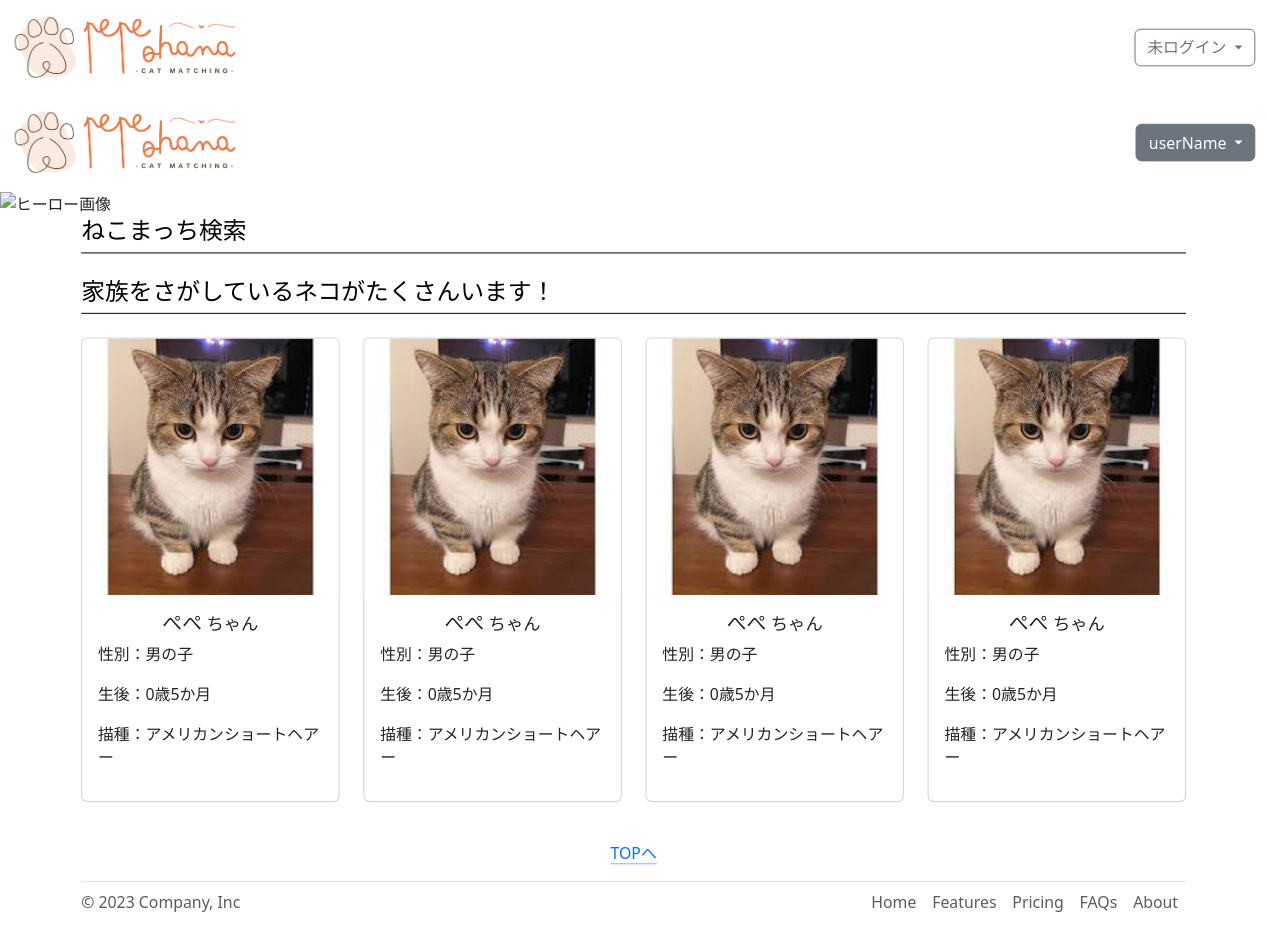
Repository: sakuwell/pepe
Page: http://localhost/PepeOhana/top.jsp
An editor plug-in stored every save of this project. The page is shown before and after the next save, followed by the edit.
The browser window is 1280 px wide. The pictures show the whole page, at 99% of full size.
The page is served by Tomcat 9. Other server files are loaded and not shown.

Above is the page before, as saved 2023-09-05 02:44:25.

### ExWorkSpace/PepeOhana/src/main/webapp/top.jsp
<%@ page language="java" contentType="text/html; charset=UTF-8"
    pageEncoding="UTF-8"%>
<!DOCTYPE html>
<html lang="ja">
<head>
    <meta charset="UTF-8">
    <meta name="viewport" content="width=device-width, initial-scale=1.0">
    <!-- Bootstrap CSS -->
    <link href="https://cdn.jsdelivr.net/npm/bootstrap@5.3.0/dist/css/bootstrap.min.css" rel="stylesheet" integrity="sha384-9ndCyUaIbzAi2FUVXJi0CjmCapSmO7SnpJef0486qhLnuZ2cdeRhO02iuK6FUUVM" crossorigin="anonymous">
    <script src="https://cdn.jsdelivr.net/npm/bootstrap@5.3.0/dist/js/bootstrap.bundle.min.js" integrity="sha384-geWF76RCwLtnZ8qwWowPQNguL3RmwHVBC9FhGdlKrxdiJJigb/j/68SIy3Te4Bkz" crossorigin="anonymous"></script>
    <title>Top | nekomatch</title>
</head>
<body>
     <nav class="navbar navbar-expand-lg navbar-light bg-white">
        <div class="container-fluid">
          <a class="navbar-brand" href="#">
            <img src="images/pepe_ohana_logo.png" alt="ページロゴ" width="auto" height="70">
          </a>
          <div class="dropdown">
            <button class="btn btn btn-outline-secondary dropdown-toggle" type="button" id="dropdownMenuButton1" data-bs-toggle="dropdown" aria-expanded="false">
              未ログイン
            </button>
            <ul class="dropdown-menu" aria-labelledby="dropdownMenuButton1">
              <li><a class="dropdown-item" href="#">ログイン</a></li>
              <li><a class="dropdown-item" href="#">新規ユーザー登録</a></li>
            </ul>
          </div>
        </div>
    </nav>
    <!-- 未ログインヘッダーここまで -->
     <!-- ログイン済ヘッダー -->
    <nav class="navbar navbar-expand-lg navbar-light bg-white">
        <div class="container-fluid">
          <a class="navbar-brand" href="#">
            <img src="images/pepe_ohana_logo.png" alt="ページロゴ" width="auto" height="70">
          </a>
          <div class="dropdown">
            <button class="btn btn-secondary dropdown-toggle" type="button" id="dropdownMenuButton1" data-bs-toggle="dropdown" aria-expanded="false">
              userName
            </button>
            <ul class="dropdown-menu" aria-labelledby="dropdownMenuButton1">
              <li><a class="dropdown-item" href="#">マイページ</a></li>
              <li><a class="dropdown-item" href="#">ログアウト</a></li>
            </ul>
          </div>
        </div>
    </nav>
    <!-- ログイン済ヘッダーここまで -->

    <!-- ヒーロー画像 -->
    <img src="#" class="img-fluid" alt="ヒーロー画像">

    <!-- ここから下　ページごとの内容 -->
    <div>
        <!-- 検索フォームゾーン -->
        <div class="container">
            <div class="h4 pb-2 mb-4 text-black border-bottom border-black">
                ねこまっち検索
            </div>
            <div class="h4 pb-2 mb-4 text-black border-bottom border-black">
                家族をさがしているネコがたくさんいます！
            </div>
            <!-- 猫カード -->
            <div class="row">
 				<!-- カードのコンテンツ -->
                <div class="col-6 col-md-4 col-lg-3">
                    <div class="card mb-3">
                        <img src="images/ねこ_1.jpg" class="card-img-top" alt="猫画像" style="width:100%">
                        <div class="card-body">
                            <h5 class="card-title text-center">ぺぺ<small> ちゃん</small></h5>
                            <p class="card-text text-right">性別：男の子</p>
                            <p class="card-text text-right">生後：0歳5か月</p>
                            <p class="card-text text-right">描種：アメリカンショートヘアー</p>
                            <div class="d-flex justify-content-center">
                                <a href="#" class="stretched-link"></a>
                            </div>
                        </div>
                    </div>
                </div>
 				<!-- カードのコンテンツ -->
                <div class="col-6 col-md-4 col-lg-3">
                    <div class="card mb-3">
                        <img src="images/ねこ_1.jpg" class="card-img-top" alt="猫画像" style="width:100%">
                        <div class="card-body">
                            <h5 class="card-title text-center">ぺぺ<small> ちゃん</small></h5>
                            <p class="card-text text-right">性別：男の子</p>
                            <p class="card-text text-right">生後：0歳5か月</p>
                            <p class="card-text text-right">描種：アメリカンショートヘアー</p>
                            <div class="d-flex justify-content-center">
                                <a href="#" class="stretched-link"></a>
                            </div>
                        </div>
                    </div>
                </div>
				<!-- カードのコンテンツ -->
                <div class="col-6 col-md-4 col-lg-3">
                    <div class="card mb-3">
                        <img src="images/ねこ_1.jpg" class="card-img-top" alt="猫画像" style="width:100%">
                        <div class="card-body">
                            <h5 class="card-title text-center">ぺぺ<small> ちゃん</small></h5>
                            <p class="card-text text-right">性別：男の子</p>
                            <p class="card-text text-right">生後：0歳5か月</p>
                            <p class="card-text text-right">描種：アメリカンショートヘアー</p>
                            <div class="d-flex justify-content-center">
                                <a href="#" class="stretched-link"></a>
                            </div>
                        </div>
                    </div>
                </div>
                <!-- カードのコンテンツ -->
                <div class="col-6 col-md-4 col-lg-3">
                    <div class="card mb-3">
                        <img src="images/ねこ_1.jpg" class="card-img-top" alt="猫画像" style="width:100%">
                        <div class="card-body">
                            <h5 class="card-title text-center">ぺぺ<small> ちゃん</small></h5>
                            <p class="card-text text-right">性別：男の子</p>
                            <p class="card-text text-right">生後：0歳5か月</p>
                            <p class="card-text text-right">描種：アメリカンショートヘアー</p>
                            <div class="d-flex justify-content-center">
                                <a href="#" class="stretched-link"></a>
                            </div>
                        </div>
                    </div>
                </div>
            </div>
        </div>
    </div>
    <!-- ここまで　ページごとの内容 -->

    <!-- フッター -->
    <div class="text-center mt-4">
        <a class="icon-link icon-link-hover" href="#">
            TOPへ
        </a>
    </div>
    <div class="container">
        <footer class="mt-3 d-flex flex-wrap justify-content-between align-items-center my-4 border-top">
          <p class="col-md-4 mb-0 text-body-secondary">© 2023 Company, Inc</p>
          <a href="#" class="col-md-4 d-flex align-items-center justify-content-center mb-3 mb-md-0 me-md-auto link-body-emphasis text-decoration-none">
            <svg class="bi me-2" width="40" height="32"><use xlink:href="#bootstrap"></use></svg>
          </a>

          <ul class="nav col-md-4 justify-content-end">
            <li class="nav-item"><a href="#" class="nav-link px-2 text-body-secondary">Home</a></li>
            <li class="nav-item"><a href="#" class="nav-link px-2 text-body-secondary">Features</a></li>
            <li class="nav-item"><a href="#" class="nav-link px-2 text-body-secondary">Pricing</a></li>
            <li class="nav-item"><a href="#" class="nav-link px-2 text-body-secondary">FAQs</a></li>
            <li class="nav-item"><a href="#" class="nav-link px-2 text-body-secondary">About</a></li>
          </ul>
        </footer>
    </div>
    <!-- フッター　ここまで -->

</body>
</html>

After the next save:
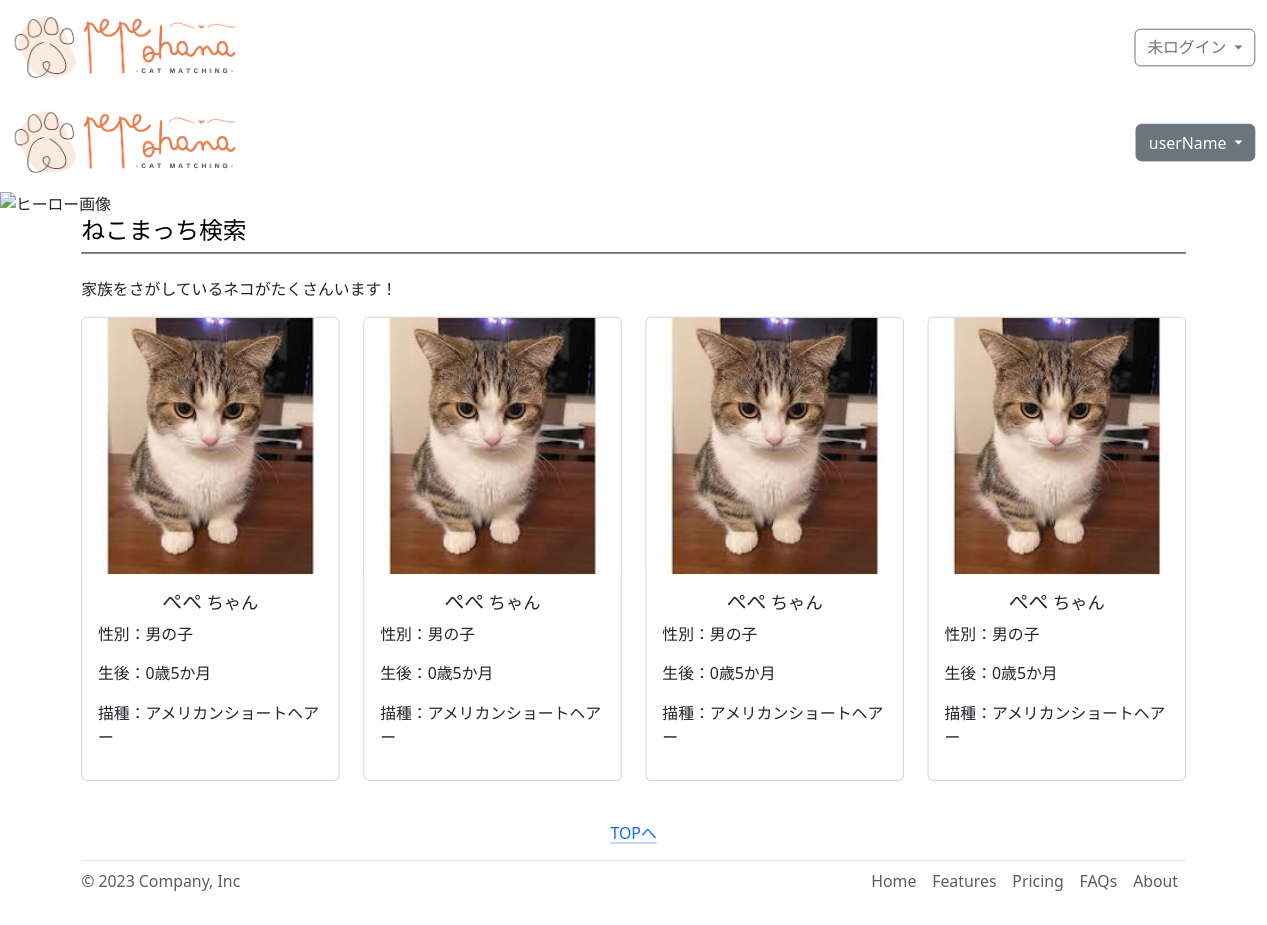
Saved 79 s later.
--- a/ExWorkSpace/PepeOhana/src/main/webapp/top.jsp
+++ b/ExWorkSpace/PepeOhana/src/main/webapp/top.jsp
@@ -57,9 +57,7 @@
             <div class="h4 pb-2 mb-4 text-black border-bottom border-black">
                 ねこまっち検索
             </div>
-            <div class="h4 pb-2 mb-4 text-black border-bottom border-black">
-                家族をさがしているネコがたくさんいます！
-            </div>
+                <p>家族をさがしているネコがたくさんいます！</p>
             <!-- 猫カード -->
             <div class="row">
  				<!-- カードのコンテンツ -->
